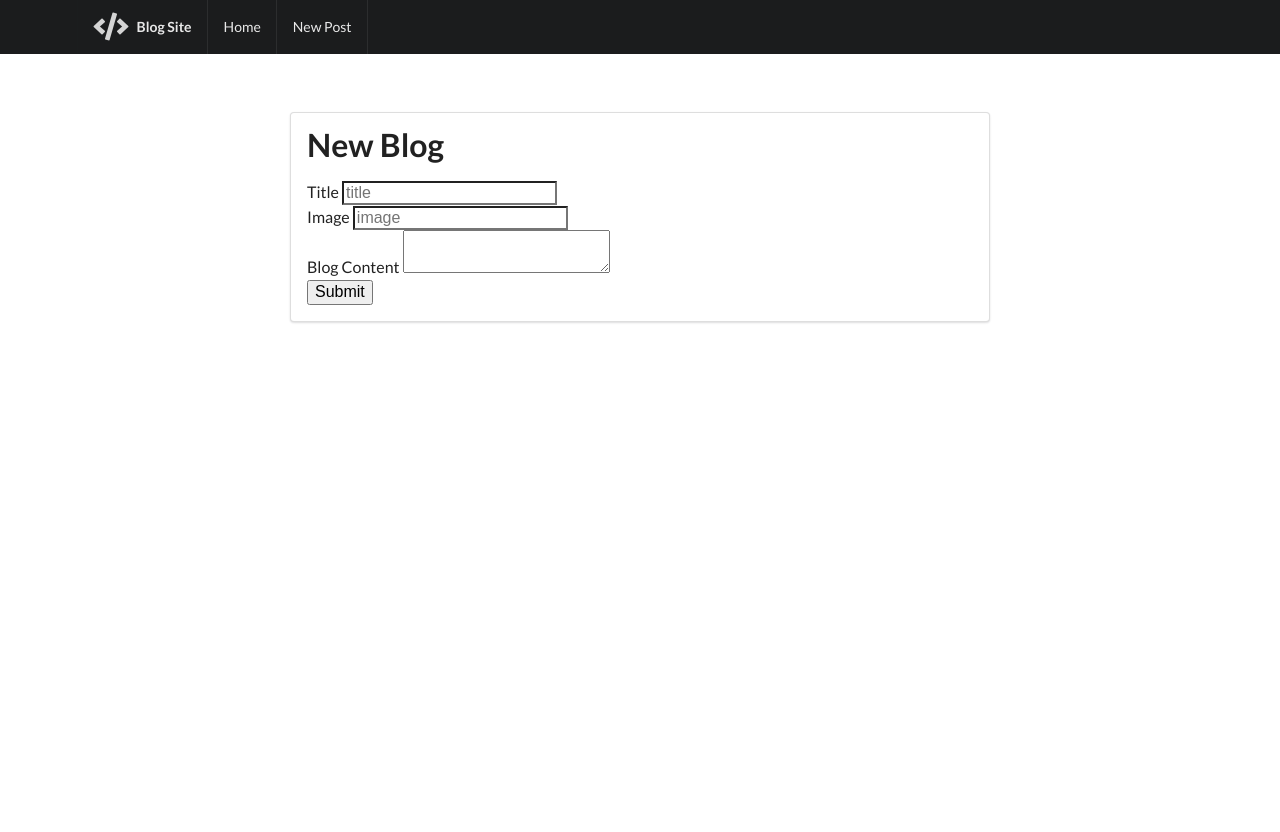
Repository: bosicheng/yelpcamp-project
Page: http://localhost/blogs/new
The author's editor kept a record of every edit. The page is drawn from the files as they stood at one moment, then again after the next edit.
The browser window is 1280 px wide. The pictures show the whole page.
The page is served by the project's Node server (RESTful Routing/RESTfulBlogApp/app.js).

Above is the page before.

### RESTful Routing/RESTfulBlogApp/views/new.ejs
<% include partials/header %>
<div class='ui main text container segment'>
    <div class='ui huge header'>
        New Blog
    </div>
    <form action='/blogs' method='POST'>
        <!--这里是直接添加req.body.body下属性而不是先改req.body下属性再加-->
        <div class='field'>
            <label>Title</label>
            <input type='text' name='blog[title]' placeholder='title'>
        </div>
        <div class='field'>
            <label>Image</label>
            <input type='text' name='blog[image]' placeholder='image'>
        </div>
        <div class='field'>
            <label>Blog Content</label>
            <textarea name='blog[body]'></textarea>
        </div>
        <input type='submit'>
    </form>
</div>
<% include partials/footer %>

### RESTful Routing/RESTfulBlogApp/views/partials/header.ejs
<!DOCTYPE html>
<html>
    <head>
        <title>Blog App</title>
        <link rel="stylesheet" href="https://cdn.jsdelivr.net/npm/semantic-ui@2.4.2/dist/semantic.min.css">
        <!--下面的stylesheets前面一定要加slash!!-->
        <link rel="stylesheet" href="/stylesheets/app.css">
    </head>
    <body>
        <div class='ui fixed inverted menu'>
            <div class='ui container'>
                 <div class='header item'><i class='code icon'></i>Blog Site</div>
                 <a href='/' class='item'>Home</a>
                 <a href='/blogs/new' class='item'>New Post</a>
            </div>
        </div>

### RESTful Routing/RESTfulBlogApp/app.js
var express=require("express");
var app=express();
var bodyParser=require("body-parser");
var mongoose=require("mongoose");
var methodOverride=require('method-override');

//APP CONFIG
mongoose.connect('mongodb://localhost:27017/restful_blog_app', { useNewUrlParser: true });
app.set('view engine','ejs');
app.use(express.static('public'));
app.use(bodyParser.urlencoded({extended:true}));
app.use(methodOverride("_method"));

//MONGOOSE CONFIG

var blogSchema=new mongoose.Schema({
    title:String,
    image:String,
    body:String,
    // 设置默认样式
    created:{
                type:Date,
                default:Date.now
            }
});

var Blog=mongoose.model("Blog",blogSchema);

// Blog.create({
//     title:'test',
//     image:'https://pixabay.com/get/ea36b70c2ffc1c22d2524518b7444795ea76e5d004b0144595f3c37ea2e5b2_340.jpg',
//     body:'Hello!',
// })

//RESTful Routes

app.get('/',function(req,res){
    res.redirect('/blogs');
})

//INDEX
app.get('/blogs',function(req,res){
    Blog.find({},function(err,blogs){
        if(err){
            console.log('ERROR!');
        }
        else{
            res.render('index',{blogs:blogs})
        }
    })
})

//NEW
app.get('/blogs/new',function(req,res){
    res.render('new')
})

//CREATE
app.post('/blogs',function(req,res){
    //create blog
    Blog.create(req.body.blog,function(err,newBlog){
        if(err){
            res.render('new')
        }
        else{
            res.redirect('blogs')
        }
    })
    //redirect to the index
})

app.get('/blogs/:id',function(req,res){
    Blog.findById(req.params.id,function(err,foundBlog){
        if(err){
            res.redirect('/blogs');
        }
        else{
            res.render('show',{blog:foundBlog})
        }
    })
})

//EDIT
app.get('/blogs/:id/edit',function(req,res){
    Blog.findById(req.params.id,function(err,foundBlog){
        if(err){
            res.redirect('blogs')
        }
        else{
            res.render('edit',{blog:foundBlog})
        }
    })
})

//UPDATE同时也发生在EDIT GET到的界面里
// 操作是在edit的form表单中写PUT欺骗html是POST但是express会识别并将其改成PUT
//UPDATE
app.put('/blogs/:id',function(req,res){
    Blog.findByIdAndUpdate(req.params.id,req.body.blog,function(err,updatedBlog){
        if(err){
            res.redirect('/blogs')
        }
        else{
            res.redirect('/blogs/'+req.params.id)
        }
    })
})


//DELETE
app.delete('/blogs/:id',function(req,res){
    //destroy the blog and redirect somewhere
    Blog.findByIdAndRemove(req.params.id,function(err){
        if(err){
            res.redirect('/blogs')
        }
        else{
            res.redirect('/blogs')
        }
    })
})

app.listen(process.env.PORT,process.env.IP,function(){
    console.log("Server is listening!");
})

### RESTful Routing/RESTfulBlogApp/public/stylesheets/app.css
i.icon{
    font-size: 2em;
}
/*这里不要加空格！，连在一起写是两个class都有的意思*/
.container.main{
    margin-top: 7em;
}
#delete{
    display: inline;
}

Loaded but not shown: RESTful Routing/RESTfulBlogApp/views/partials/footer.ejs (common file)

After the next edit:
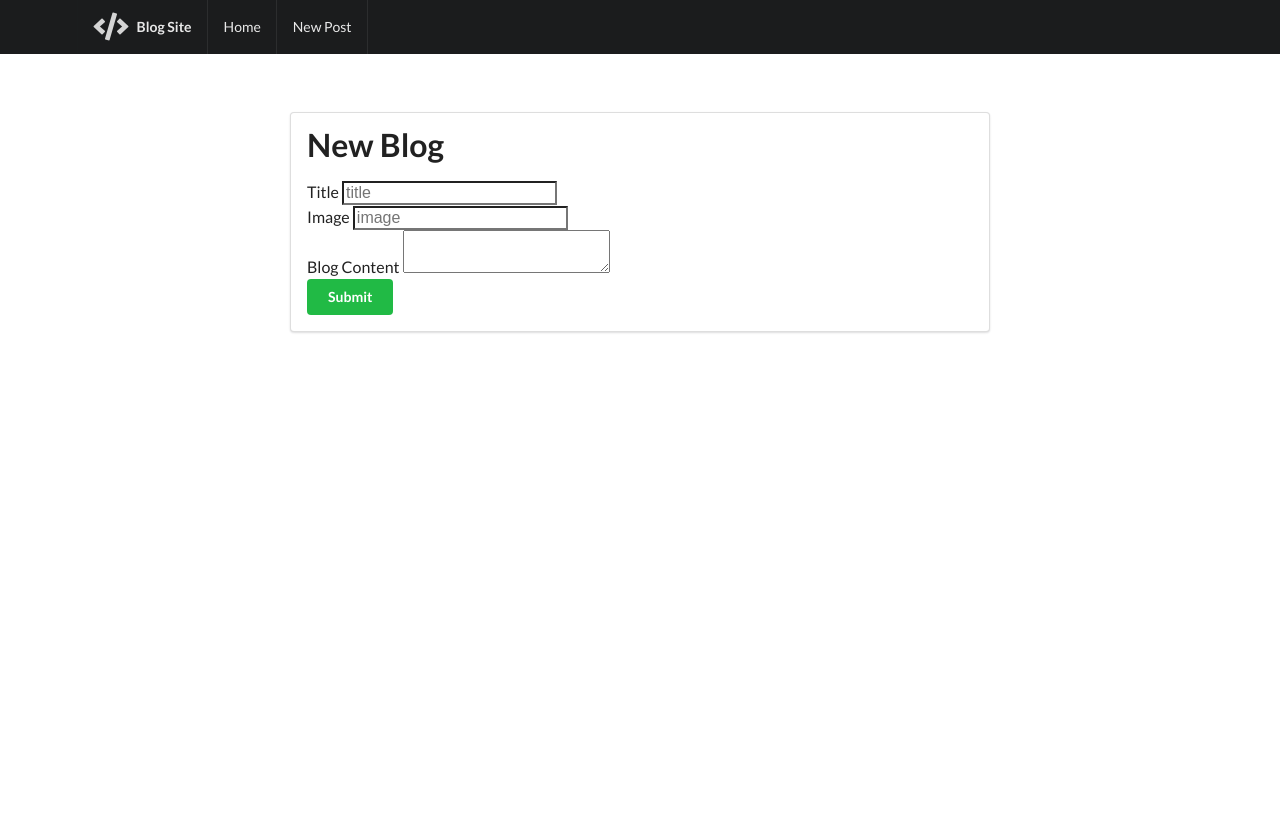
The edit:
--- a/RESTful Routing/RESTfulBlogApp/views/new.ejs
+++ b/RESTful Routing/RESTfulBlogApp/views/new.ejs
@@ -17,7 +17,7 @@
             <label>Blog Content</label>
             <textarea name='blog[body]'></textarea>
         </div>
-        <input type='submit'>
+        <input class='ui green button' type='submit'>
     </form>
 </div>
 <% include partials/footer %>
